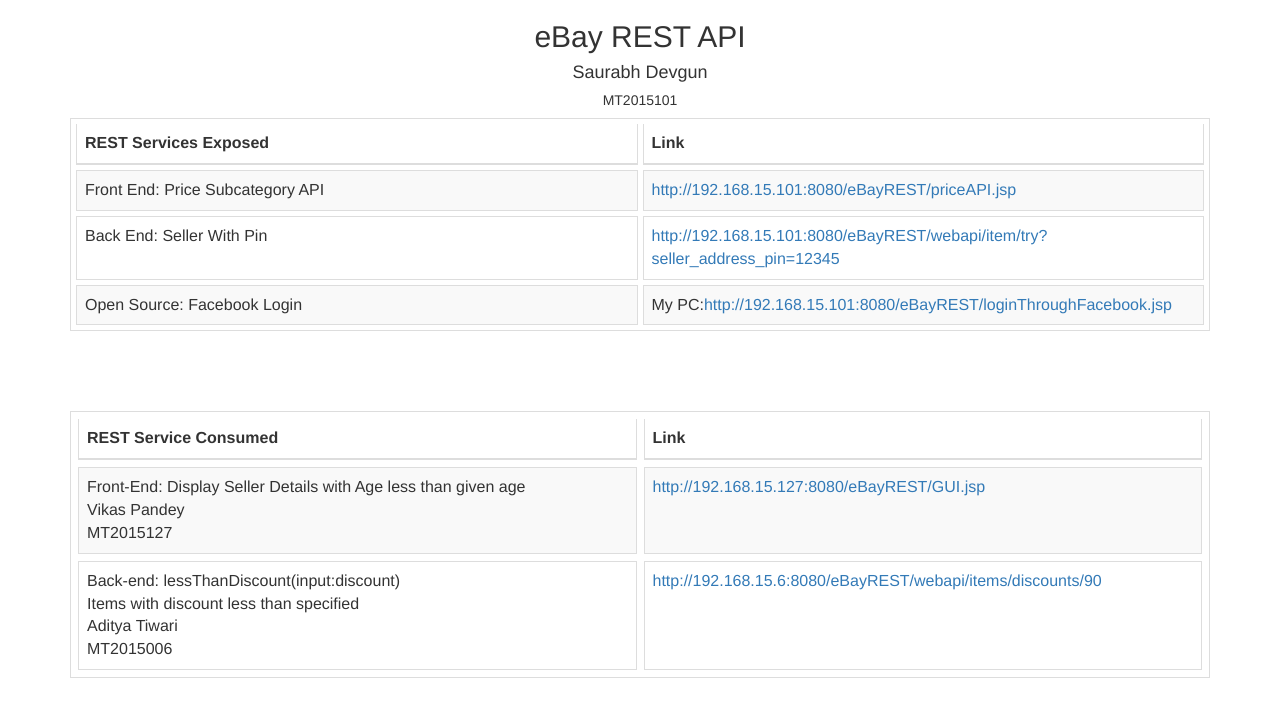
Repository: saurabh-devgun-iiitb/RESTProject
Page: http://localhost/eBayREST/
These files come from the project's save history. The page is drawn as it stood at one moment and after the next save; the edit follows.
The browser window is 1280 px wide. The pictures show the whole page.
The page is served by Tomcat 9. Other server files are loaded and not shown.

Above is the page before, as saved 2016-07-23 11:49:44.

### eBayREST/WebContent/index.jsp
<html>
<head>
  <meta name="viewport" content="width=device-width, initial-scale=1">
  <link rel="stylesheet" href="http://maxcdn.bootstrapcdn.com/bootstrap/3.3.6/css/bootstrap.min.css">
  <script src="https://ajax.googleapis.com/ajax/libs/jquery/1.12.4/jquery.min.js"></script>
  <script src="http://maxcdn.bootstrapcdn.com/bootstrap/3.3.6/js/bootstrap.min.js"></script>
  <style>
  	table{
  		border-spacing:7px;
  		border-collapse:separate;
  		table-layout:fixed;
  		width:300px;
  	}
  </style>
</head>
<body>
	<div align="center">
	    <h2>eBay REST API</h2>
	    <h4>Saurabh Devgun</h4>
	    <h5>MT2015101</h5>
    </div>
    <div class = "container">
    <table class="table table-hover table-striped table-bordered" style="border-spacing:5px">
      <thead>
        <tr>
          <th>REST Services Exposed</th>
          <th>Link</th>
        </tr>
      </thead>
      <tbody>
        <tr>
          <td>Front End: Price Subcategory API</td>
          <td><a href="priceAPI.jsp">http://192.168.15.101:8080/eBayREST/priceAPI.jsp</a></td>
        </tr>
        <tr>
          <td>Back End: Seller With Pin</td>
          <td><a href="sellerWithPin.jsp">http://192.168.15.101:8080/eBayREST/webapi/item/try?seller_address_pin=12345</a></td>
        </tr>
        <tr>
          <td>Open Source: Facebook Login</td>
          <td>My PC:<a href="loginThroughFacebook.jsp">http://192.168.15.101:8080/eBayREST/loginThroughFacebook.jsp</a></td>
        </tr>
      </tbody>
    </table>
    </div>
    <br><br><br>
    <div class="container">
    	<table class="table table-hover table-striped table-bordered">
      <thead>
        <tr>
          <th>REST Service Consumed</th>
          <th>Link</th>
        </tr>
      </thead>
      <tbody>
        <tr>
          <td>Front-End: Display Seller Details with Age less than given age<br>Vikas Pandey<br>MT2015127</td>
          <td><a href="http://192.168.15.127:8080/eBayREST/GUI.jsp">http://192.168.15.127:8080/eBayREST/GUI.jsp</a></td>
        </tr>
        <tr>
          <td>Back-end: lessThanDiscount(input:discount)<br>Items with discount less than specified<br>Aditya Tiwari<br>MT2015006</td>
          <td><a href="http://192.168.15.6:8080/eBayREST/itemDiscount.jsp">http://192.168.15.6:8080/eBayREST/webapi/items/discounts/90</a></td>
        </tr>
      </tbody>
    </table>
    </div>
    <!--
    <p><a href="priceAPI.jsp">Price API</a></p>
    <p><a href="loginThroughFacebook.jsp">Login through Facebook</a></p>
    <p><a href="sellerWithPin.jsp">Get Sellers In City with pin</a></p>
    -->
</body>
</html>

After the next save:
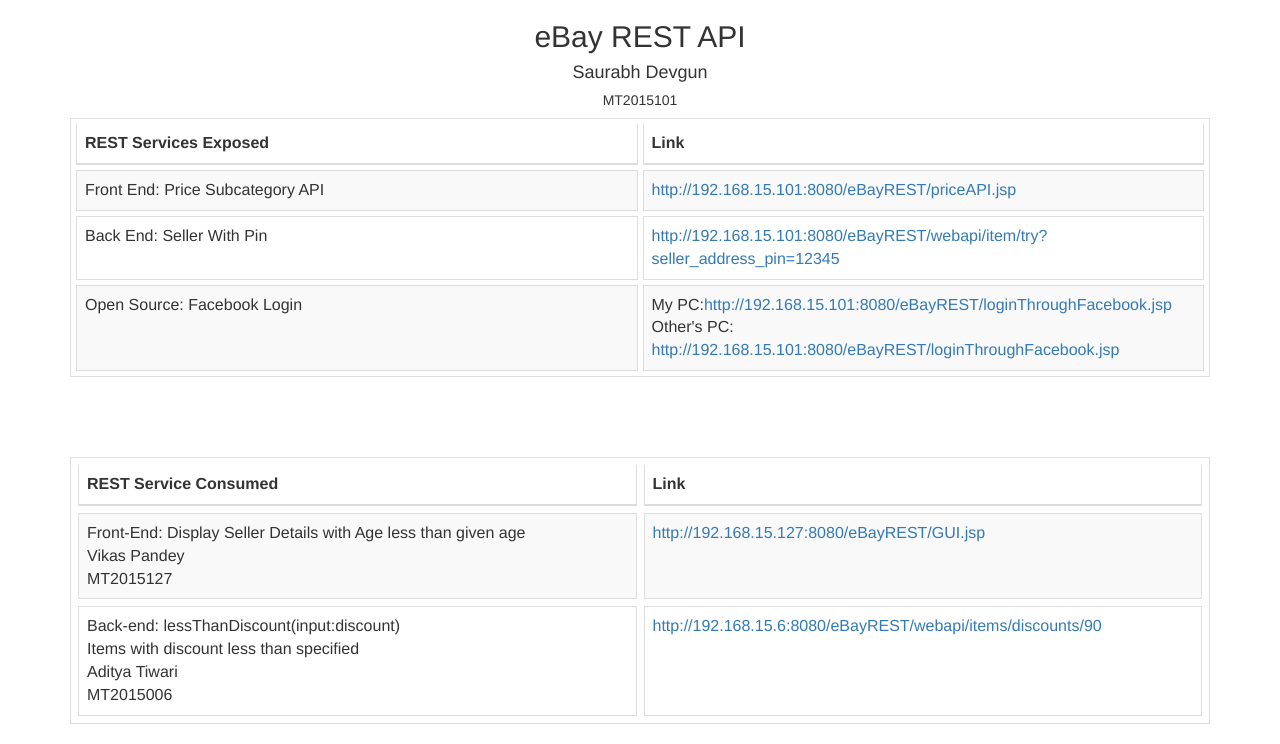
Saved 61 s later.
--- a/eBayREST/WebContent/index.jsp
+++ b/eBayREST/WebContent/index.jsp
@@ -38,7 +38,9 @@
         </tr>
         <tr>
           <td>Open Source: Facebook Login</td>
-          <td>My PC:<a href="loginThroughFacebook.jsp">http://192.168.15.101:8080/eBayREST/loginThroughFacebook.jsp</a></td>
+          <td>My PC:<a href="loginThroughFacebook.jsp">http://192.168.15.101:8080/eBayREST/loginThroughFacebook.jsp</a>
+				<br>Other's PC: <a href="loginThroughFacebookWithMoreControls.jsp">http://192.168.15.101:8080/eBayREST/loginThroughFacebook.jsp</a>
+          </td>
         </tr>
       </tbody>
     </table>
